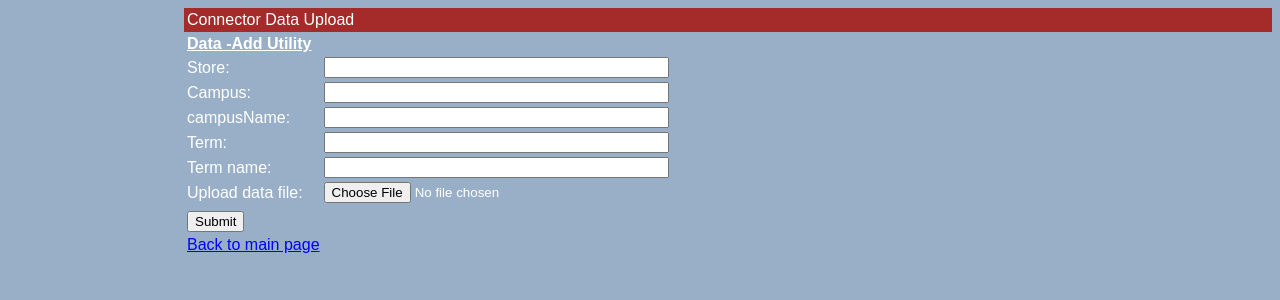
Repository: caditya/Dataupload
Page: http://localhost/connectordata/WEB-INF/views/datainput.jsp
The author's editor kept a copy of each file at every save. The page is drawn from the files as they stood at one save, then again after the next save.
The browser window is 1280 px wide. The pictures show the whole page.
Some web libraries are served in a nearby version. The page is served by Tomcat 9. Nobody is signed in. Other server files are loaded and not shown. The template is opened directly, without the code that normally fills it, so the values that code supplies are empty.

Above is the page before, as saved 2014-07-18 21:44:14.

### QAFileUpload/connectordata/src/main/webapp/WEB-INF/views/datainput.jsp
<%@ page language="java" contentType="text/html; charset=ISO-8859-1"
	pageEncoding="ISO-8859-1"%>
<html>
<head>

<%@taglib prefix="c" uri="http://java.sun.com/jsp/jstl/core"%>
<link href="<c:url value="/resources/css/coffee.css" />"
	rel="stylesheet">

<script src="//code.jquery.com/jquery-1.10.2.js"></script>
<script>
	$(document).ready(function() {
		$(function() {
		    $(document).keypress(function(event) {
		        var ch = String.fromCharCode(event.keyCode || event.charCode);
		        switch (ch) {
		            case 'c': case 'C':
		            	uploadFile();
		                break;
		        }
		    });
		});



		$("#submit-button").click(function() {
			$("#newaccountform").attr("action", "/it/createnewaccount");
			$("#newaccountform").attr("method", "post");
			$("#newaccountform").submit();
		});
		$("#startfile").click(function() {
			createstart();
		});



	});
</script>

<script>
function createstart(){
	alert('createstart');
	$.getJSON("/connector/startfile", { store: $('#store').val() }, function(startfile) {
		if (startfile.error== 'false') {
        	$("#placeholder_startfile").html(startfile);

        } else if (availability.error=='true'){
        	$("#placeholder_startfile").html("Cannot create file with this data");
        }
    });
}



	!function(d, s, id) {
		var js, fjs = d.getElementsByTagName(s)[0], p = /^http:/
				.test(d.location) ? 'http' : 'https';
		if (!d.getElementById(id)) {
			js = d.createElement(s);
			js.id = id;
			js.src = p + '://platform.twitter.com/widgets.js';
			fjs.parentNode.insertBefore(js, fjs);
		}
	}(document, 'script', 'twitter-wjs');
</script>
<title>Follett Apps</title>
<style>
.error {
	color: #ff0000;
}

</style>
</head>
<body>

	<%@ include file="shared/CoffeeHeader.jsp"%>
	<c:if test="${'Account Created' eq account_status}">
		<c:out value="Account Created1"></c:out>
	</c:if>

	<form:form method="POST" commandName="dataBlock" action="/connector/startfile" enctype="multipart/form-data">
		<form:errors path="*" cssClass="errorblock" element="div" />
	 <table>
		<tr>
				<td><b><u>Data -Add Utility</u></b></td>

			</tr>
			<tr>
				<td>Store:</td>
				<td> <form:input path="store"  size="40"/></td>
				<td><form:errors path="store" cssClass="error" /></td>
			</tr>
			<tr>
				<td>Campus:</td>
				<td><form:input path="campus"  size="40"/></td>
				<td><form:errors path="campus" cssClass="error"  /></td>
			</tr>

			<tr>
				<td>campusName:</td>
				<td><form:input path="campusName" size="40"/></td>
				<td><form:errors path="campusName" cssClass="error" /></td>
			</tr>
			<tr>
				<td>Term:</td>
				<td><form:input path="term" size="40"/></td>
				<td><form:errors path="term" cssClass="error" /></td>
			</tr>
			<tr>
				<td>Term name:</td>
				<td><form:input path="termName" size="40"/></td>
				<td><form:errors path="termName" cssClass="error" /></td>
			</tr>
			<tr>
				<td>Upload data file:</td>

				<td>
				<input type="file" name="dataFile"/>
				</td>

			</tr>
			<tr>
			<td><input type='button' id='startfile' name='startfile'
				value='Generate Start File' hidden="true" /></td>
			</tr>
			<tr>
				<td colspan="3"><input type="submit" /></td>
			</tr>
			<tr>
		<td><a href="/connector/" class='font'>Back to main page</a></td>
		</tr>
		<tr>
			<td><p  class='font' id="placeholder_startfile"></p></td>
		</tr>

		</table>
	</form:form>

</body>
</html>

### QAFileUpload/connectordata/src/main/webapp/WEB-INF/views/shared/CoffeeHeader.jsp
<%@ page language="java" contentType="text/html; charset=ISO-8859-1"
	pageEncoding="ISO-8859-1"%>
<%@ taglib prefix="c" uri="http://java.sun.com/jsp/jstl/core"%>
<%@ taglib prefix="fmt" uri="http://java.sun.com/jsp/jstl/fmt"%>
<%@ taglib prefix="form" uri="http://www.springframework.org/tags/form"%>
<%@ taglib prefix="sec"
	uri="http://www.springframework.org/security/tags"%>

<html>
<head>
<link rel="stylesheet" href="/coffee.css">
<title>Connector Header</title>
</head>
<body>
	<table class='table_header' >

		<tr>
			<td class="center" style="width: 80%;">
				<p class='pHeading'>Connector Data Upload</p>
			</td>
			<td class="center"  align="right"  "width: 15%">
			<sec:authorize access="authenticated">
					<p class='pHeading'>
						<sec:authentication property="name" />
			</td>
			<td class="center" style="width: 15%">
				<c:url var="logouturl" value="/j_spring_security_logout" />
				<a href="${logouturl}"> Log out</a>

			</td>
			</sec:authorize>
		</tr>
	</table>
</body>
</html>

### QAFileUpload/connectordata/src/main/webapp/resources/css/coffee.css
@CHARSET "UTF-8";
body {
  padding-left: 11em;
  font-family: Georgia, "Times New Roman",
        Times, serif;
  color: white;
  background-color: #98AFC7 }
ul.navbar {
  list-style-type: none;
  padding: 0;
  margin: 0;
  position: absolute;
  top: 2em;
  left: 1em;
  width: 9em }
h1 {
  font-family: Helvetica, Geneva, Arial,
        SunSans-Regular, sans-serif }
ul.navbar li {
  background: white;
  margin: 0.5em 0;
  padding: 0.3em;
  border-right: 1em solid black }
ul.navbar a {
  text-decoration: none }
a:link {
  color: blue }
a:visited {
  color: purple }
address {
  margin-top: 1em;
  padding-top: 1em;
  border-top: thin dotted }

p.pHeading {
 	color: white;
 	background:brown;
 }
 td.center {
    /* <http://www.w3.org/wiki/CSS/Properties/text-align>
     * left, right, center, justify, inherit
     */
    text-align: left;
    /* <http://www.w3.org/wiki/CSS/Properties/vertical-align>
     * baseline, sub, super, top, text-top, middle,
     * bottom, text-bottom, length, or a value in percentage
     */
    vertical-align: text-top;
    font: caption;
}
.font{
	font: caption;
}
.errorblock {
	font: caption;
	color: black;
	background-color: ;
	border: 3px solid #ff0000;
	padding: 8px;
	margin: 0px;
}
.table_header{
	width: 100%;
	background-color: brown;
}
td {
	font: caption;
}
a {
	font: caption;
}

td.u{
	text-decoration:underline bold;
}
.modal {
    display:    none;
    position:   fixed;
    z-index:    1000;
    top:        0;
    left:       0;
    height:     100%;
    width:      100%;
    background: rgba( 255, 255, 255, .8 )
                url('http://i.stack.imgur.com/FhHRx.gif')
                50% 50%
                no-repeat;
}

/* When the body has the loading class, we turn
   the scrollbar off with overflow:hidden */
body.loading {
    overflow: hidden;
}

/* Anytime the body has the loading class, our
   modal element will be visible */
body.loading .modal {
    display: block;
}
.disabled {
   backgroundColor:black;
   color: darkgrey;
   background-color: grey;
   backgroundColor:black;
}

After the next save:
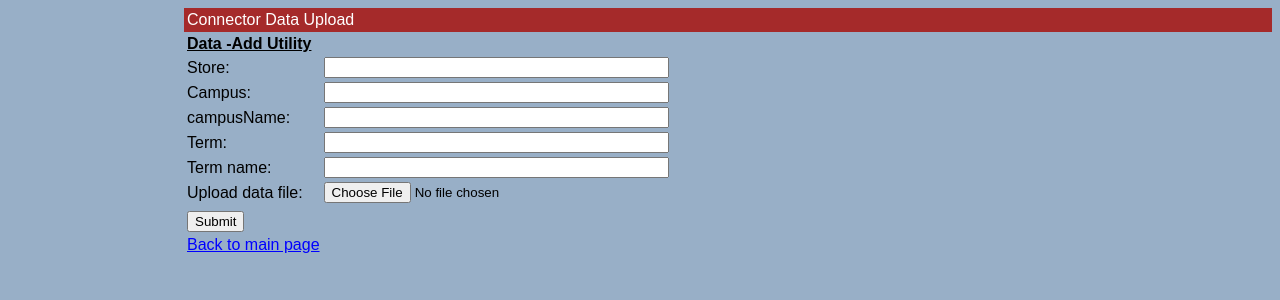
Saved 2 min 9 s later.
--- a/QAFileUpload/connectordata/src/main/webapp/resources/css/coffee.css
+++ b/QAFileUpload/connectordata/src/main/webapp/resources/css/coffee.css
@@ -3,7 +3,7 @@ body {
   padding-left: 11em;
   font-family: Georgia, "Times New Roman",
         Times, serif;
-  color: white;
+  color: black;
   background-color: #98AFC7 }
 ul.navbar {
   list-style-type: none;
